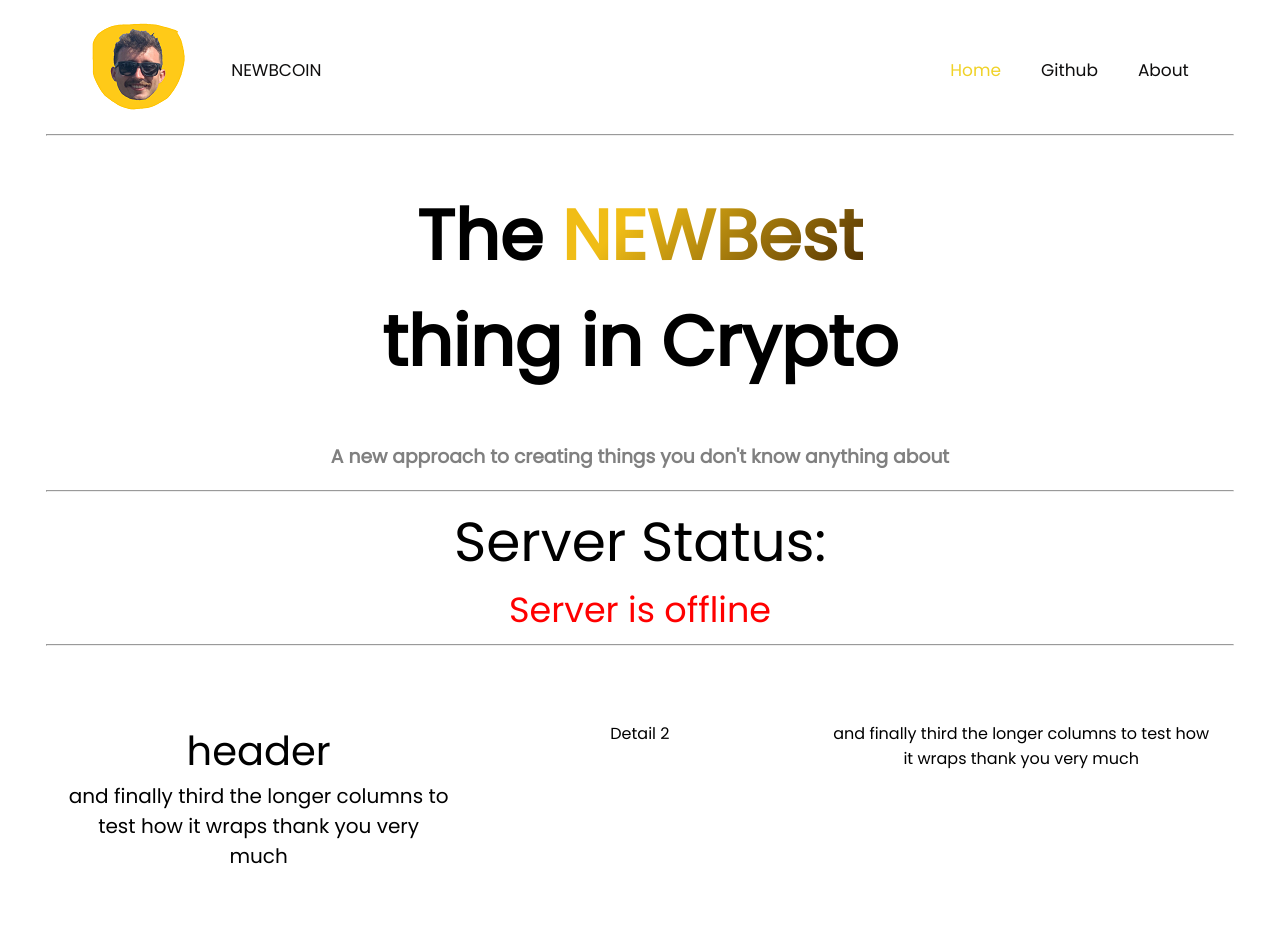
Repository: heartcut/NEWBCOINsite
Page: index.html
An editor plug-in stored every save of this project. The page is shown before and after the next save, followed by the edit.
The browser window is 1280 px wide. The pictures show the whole page.
The page's requests for data from a server got no answer.

Above is the page before, as saved 2022-02-09 02:16:47.

### index.html
<!doctype html>

<html lang="en">

<head>
    <meta charset="utf-8">
    <meta name="viewport" content="width=device-width, initial-scale=1">

    <title>NEWBCOIN</title>
    <meta name="description" content="A simple HTML5 Template for new projects.">
    <meta name="author" content="SitePoint">

    <meta property="og:title" content="NEWBCOIN">
    <meta property="og:type" content="website">
    <meta property="og:url" content="https://www.sitepoint.com/a-basic-html5-template/">
    <meta property="og:description" content="A simple HTML5 Template for new projects.">
    <meta property="og:image" content="image.png">

    <link rel="icon" type="image/png" href="favicon-32x32.png">

    <link rel="stylesheet" href="styles.css">

    <link rel="preconnect" href="https://fonts.googleapis.com">
    <link rel="preconnect" href="https://fonts.gstatic.com" crossorigin>
    <link href="https://fonts.googleapis.com/css2?family=Poppins:wght@100;400&display=swap" rel="stylesheet">
</head>

<body style="font-family:'Poppins', sans-serif;">
    <div class="topnav">
        <img src="newbcoinlogo.png" id="navbarleft" style="vertical-align:middle;" alt="logo" />

        <a href="#news" id="navbarleft">
            NEWBCOIN
        </a>


        <a href="#contact">About</a>
        <a href="#about">Github</a>
        <a class="active" href="#home">Home</a>
    </div>
    <hr style="margin-left: 3%;margin-right: 3%;color:rgb(168, 168, 163)">


    <h1 style="text-align: center;font-size: 70px;">
        The
        <span
            style="background: -webkit-linear-gradient(315deg,#f0bd16 25%,#462801);background-clip: text;-webkit-background-clip: text;-webkit-text-fill-color: transparent;">
            NEWBest</span>
        <div>thing in Crypto</div>

    </h1>
    <h3 style="text-align: center;color: grey;">A new approach to creating things you don't know anything about</h3>
    <hr style="margin-left: 3%;margin-right: 3%;color:rgb(168, 168, 163)">


    <div style="text-align: center;font-size: 55px;">Server Status:</div>
    <div style="text-align: center;font-size: 35px;" class="statusofserver">Checking Server Status...</div>

    <hr style="margin-left: 3%;margin-right: 3%;color:rgb(168, 168, 163)">

    <div class="featuresrow" style="text-align: center;padding-top: 15px;margin: 60px;">
        <div class="featurescolumn">
            <div style="font-size: 40px;">header</div>
            <div style="font-size: 20px;">and finally third the longer columns to test how it wraps thank you very much
            </div>
        </div>
        <div class="featurescolumn"> Detail 2</div>
        <div class="featurescolumn">and finally third the longer columns to test how it wraps thank you very much</div>
    </div>

    <script src="scripts.js"></script>
</body>

</html>

### styles.css
/* Add a black background color to the top navigation */
.topnav {
  overflow: hidden;
  padding-left: 5%;
  padding-right: 5%;
  }

  /* Style the links inside the navigation bar */
  .topnav a,img {
    float: right;
    color: #0e0d0d;
    padding: 15px 20px;
    text-decoration: none;
    text-align: center;
    font-size: 17px;

  }
  .topnav a {
    margin-top: 34px;

  }
  /* Change the color of links on hover */
  .topnav a:hover {
    color: rgb(240, 210, 40);
  }
 #navbarleft{
     float: left;
 }
  /* Add a color to the active/current link */
  .topnav a.active {
    color: rgb(240, 210, 40);
  }

  .featurescolumn {
    float: left;
    width: 33.33%;
  }

  /* Clear floats after the columns */
  .featuresrow:after {
    content: "";
    display: table;
    clear: both;
  }

### scripts.js

window.onload = function () {
    //collection[0].innerHTML = "Server is online";
    getstatus();

};

async function getstatus() {
    try {
        var uri = 'http://google.com'
        //var uri = 'http://127.0.0.1:5000/api/statuscheck/'
        var xhr = new XMLHttpRequest();
        xhr.open("GET", uri, false);
        xhr.send(null);
        const collection = document.getElementsByClassName("statusofserver");
        collection[0].innerHTML = "Server is online";
        collection[0].style.color = "green";
    }
    catch (err) {
        //is offline

        const collection = document.getElementsByClassName("statusofserver");
        collection[0].innerHTML = "Server is offline";
        collection[0].style.color = "red";
    }

    // if (xhr.status == 200) {
    //     //is online
    //     const collection = document.getElementsByClassName("statusofserver");

    //     collection[0].innerHTML = "Server is online";
    //     collection[0].style.color = "green";
    // }
    // else {
    //     //is offline
    //     const collection = document.getElementsByClassName("statusofserver");

    //     collection[0].innerHTML = "Server is offline";
    //     collection[0].style.color = "red";
    // }

}

After the next save:
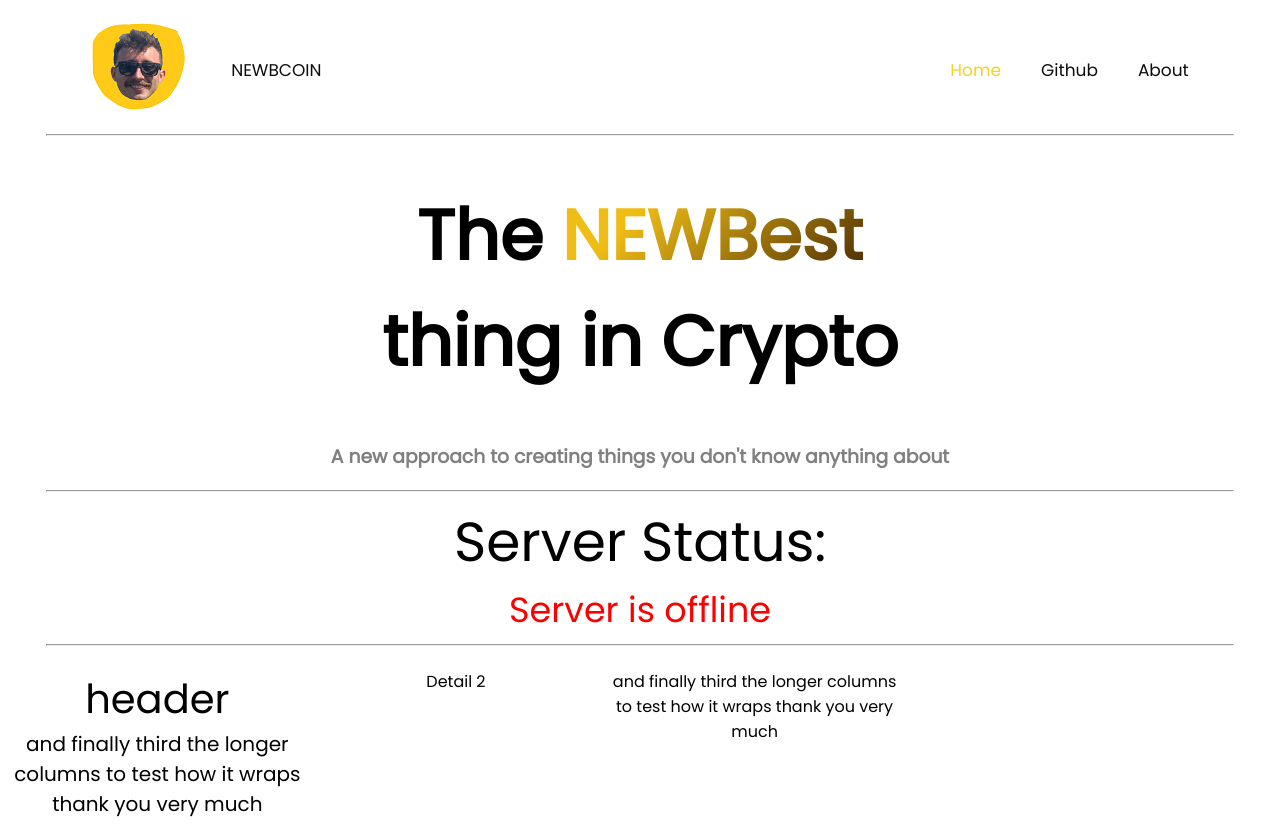
Saved 23 s later.
--- a/index.html
+++ b/index.html
@@ -58,7 +58,7 @@
 
     <hr style="margin-left: 3%;margin-right: 3%;color:rgb(168, 168, 163)">
 
-    <div class="featuresrow" style="text-align: center;padding-top: 15px;margin: 60px;">
+    <div class="featuresrow" style="text-align: center;padding-top: 15px;width: 70vw;">
         <div class="featurescolumn">
             <div style="font-size: 40px;">header</div>
             <div style="font-size: 20px;">and finally third the longer columns to test how it wraps thank you very much
